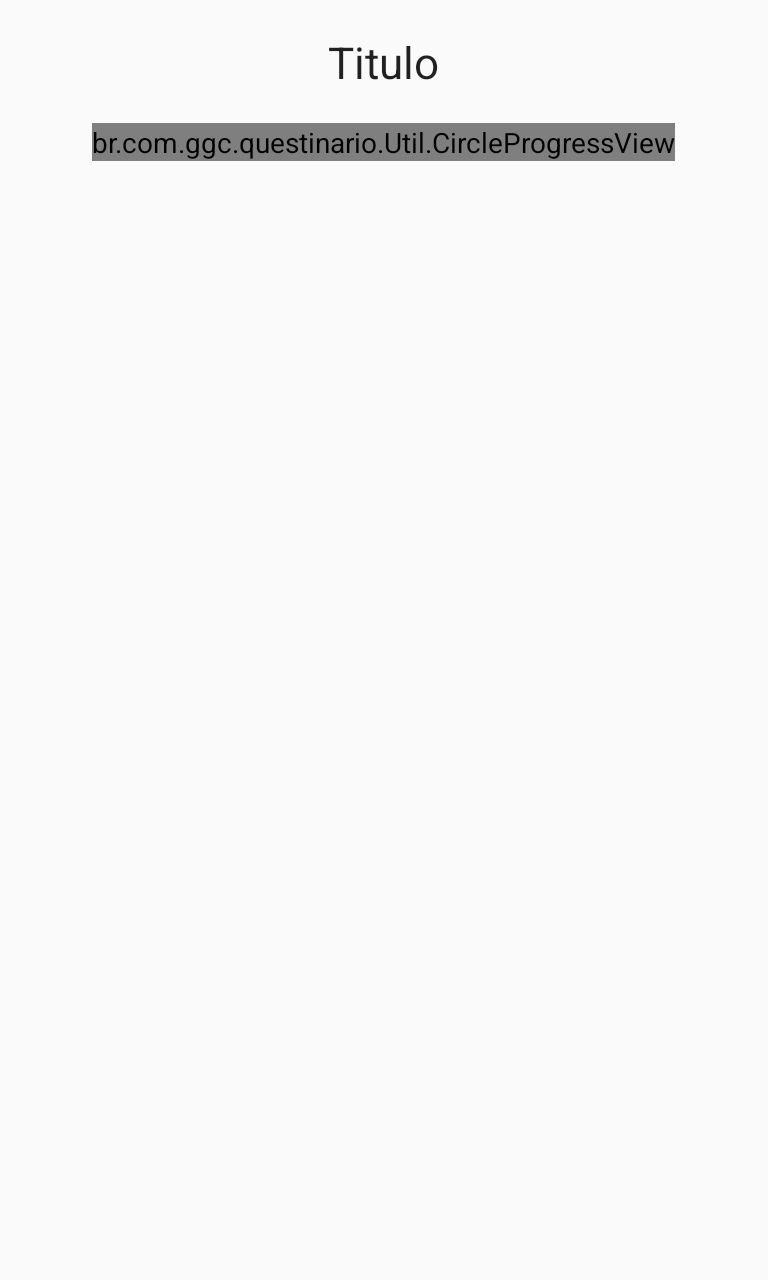
Repository: Gilson-Android/Questionario_App
Layout: Questinario/res/layout/tab_fragment.xml
The author's editor kept a copy of each file at every save. The layout is drawn from the files as they stood at one save, then again after a run of saves.
Pictures or frames that could not be fetched are drawn as grey boxes. It is drawn on a 768 x 1280 px phone screen (xhdpi) without system bars, with theme AppTheme; the app's code is not run.

Above is the layout before, as saved 2015-09-03 02:16:09.

### Questinario/res/layout/tab_fragment.xml
<LinearLayout xmlns:android="http://schemas.android.com/apk/res/android"
    xmlns:app="http://schemas.android.com/apk/res/br.com.ggc.questinario"
    android:layout_width="fill_parent"
    android:layout_height="fill_parent"
    android:orientation="vertical" >

    <LinearLayout
        android:layout_width="fill_parent"
        android:layout_height="0dp"
        android:layout_weight="1"
        android:orientation="vertical" >

        <TextView
            android:id="@+id/textCategoria"
            android:layout_width="wrap_content"
            android:layout_height="wrap_content"
            android:layout_gravity="center"
            android:layout_marginBottom="@dimen/activity_vertical_margin"
            android:layout_marginLeft="@dimen/activity_horizontal_margin"
            android:layout_marginRight="@dimen/activity_horizontal_margin"
            android:layout_marginTop="@dimen/activity_vertical_margin"
            android:text="Titulo"
            android:textAppearance="?android:attr/textAppearanceLarge" />

        <br.com.ggc.questinario.Util.CircleProgressView
            android:id="@+id/circleView"
            android:layout_width="wrap_content"
            android:layout_height="wrap_content"
            android:layout_gravity="center"
            android:max="10"
            app:contourColor="@color/Azul_Claro"
            app:seekMode="true"
            app:showUnit="false" >
        </br.com.ggc.questinario.Util.CircleProgressView>
    </LinearLayout>

</LinearLayout>

### Questinario/res/values/styles.xml
<?xml version="1.0" encoding="utf-8"?>
<resources xmlns:android="http://schemas.android.com/apk/res/android">

    <style name="AppTheme" parent="@style/Theme.AppCompat.Light.NoActionBar">
        <item name="colorPrimary">#3F51B5</item>
        <item name="colorPrimaryDark">#FF0066</item>
        <item name="colorAccent">#FF0000</item>
    </style>

    <style name="MyCustomTabLayout" parent="Widget.Design.TabLayout">
        <item name="tabTextAppearance">@style/MyCustomTabText</item>
        <item name="tabSelectedTextColor">#FFFF33</item>
    </style>

    <style name="MyCustomTabText" parent="TextAppearance.AppCompat.Button">
        <item name="android:textSize">13sp</item>
        <item name="android:textColor">@android:color/white</item>
    </style>

</resources>

### Questinario/res/values/color.xml
<?xml version="1.0" encoding="utf-8"?>
<resources>

    <color name="Azul_Claro">#4682B4</color>
    <color name="Azul"> #0192f6</color>
    <color name="light_gray_header_color">#646663</color>

</resources>

Loaded but not shown: Questinario/res/values/dimens.xml (common file); Questinario/res/values-w820dp/dimens.xml (common file)

After the next 2 saves:
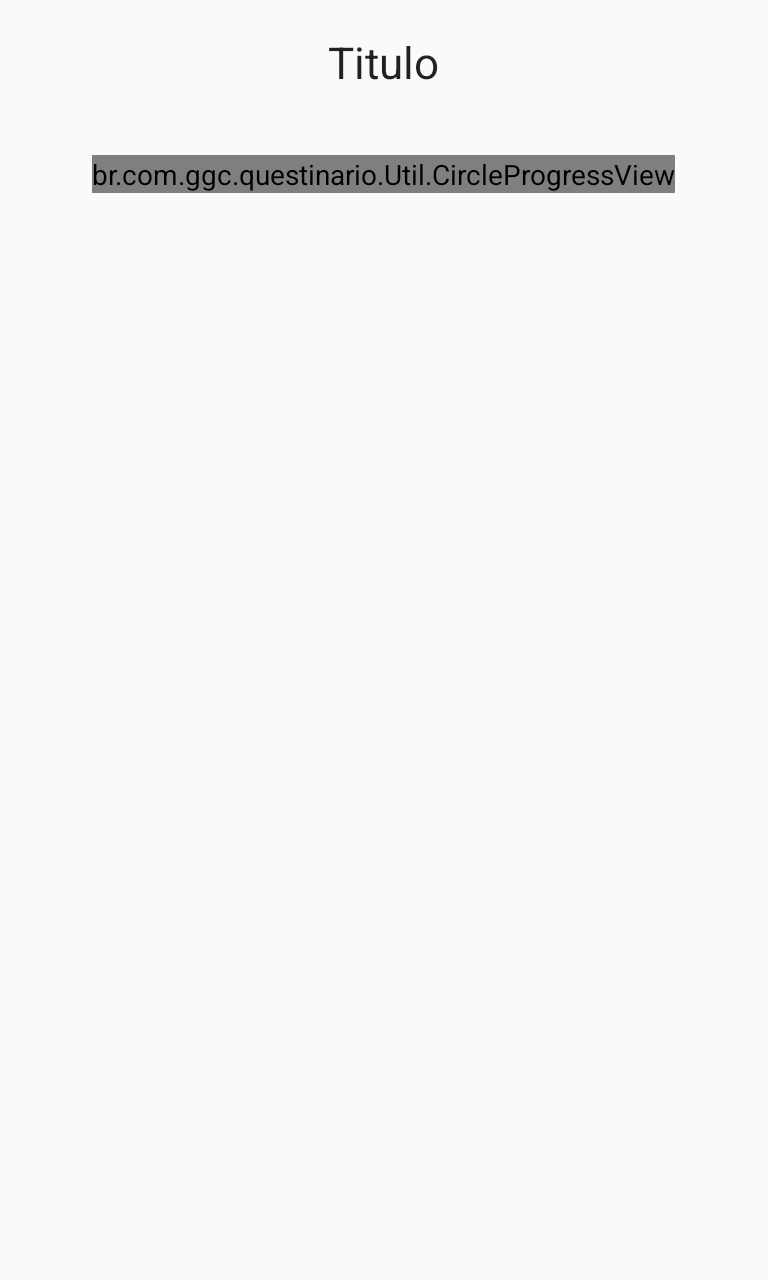
The 2 saves are shown as one change because they came seconds apart.
The last was saved 11 s later.
--- a/Questinario/res/layout/tab_fragment.xml
+++ b/Questinario/res/layout/tab_fragment.xml
@@ -27,6 +27,10 @@
             android:layout_width="wrap_content"
             android:layout_height="wrap_content"
             android:layout_gravity="center"
+            android:layout_marginBottom="@dimen/activity_vertical_margin"
+            android:layout_marginLeft="@dimen/activity_horizontal_margin"
+            android:layout_marginRight="@dimen/activity_horizontal_margin"
+            android:layout_marginTop="@dimen/activity_vertical_margin"
             android:max="10"
             app:contourColor="@color/Azul_Claro"
             app:seekMode="true"
